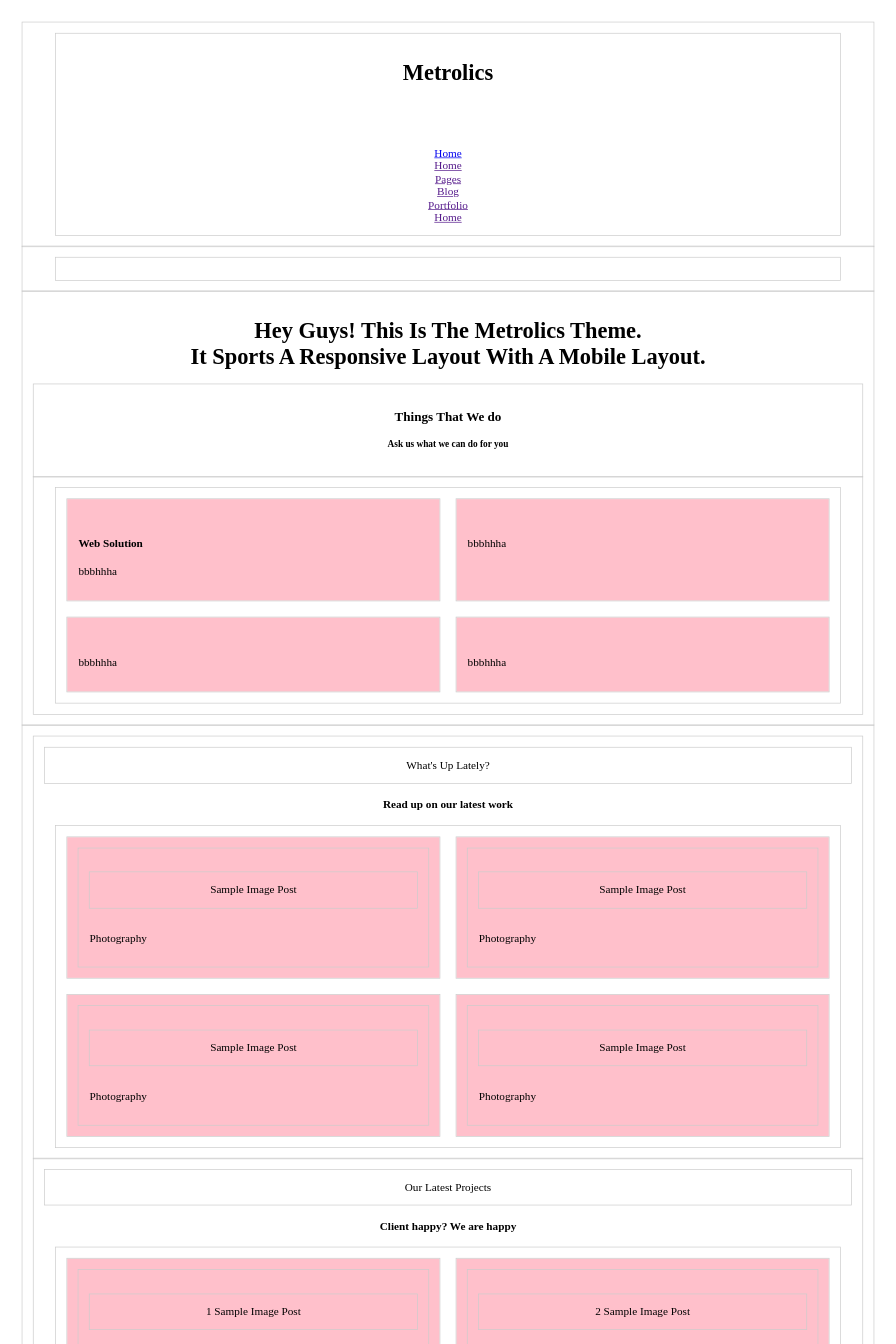
Repository: kionale/Project1_Lab3_ResponsiveLayout
Page: index.html
The author's editor kept a copy of each file at every save. The page is drawn from the files as they stood at one save, then again after the next save.
The browser window is 1280 px wide. The pictures show the part of the page from y = 0 to 1920 px (the page is 4459 px tall before and 3525 px after), at 70% of full size.
A picture or video elsewhere on the page could not be fetched, so the positions and the page height are approximate.

Above is the page before, as saved 2023-01-26 00:05:40.

### index.html
<!doctype html>
<html class="no-js" lang="">

<head>
  <meta charset="utf-8">
  <title></title>
  <meta name="description" content="">
  <meta name="viewport" content="width=device-width, initial-scale=1">

  <meta property="og:title" content="">
  <meta property="og:type" content="">
  <meta property="og:url" content="">
  <meta property="og:image" content="">

  <link rel="manifest" href="site.webmanifest">
  <link rel="apple-touch-icon" href="icon.png">
  <!-- Place favicon.ico in the root directory -->

  <link rel="stylesheet" href="css/normalize.css">
  <link rel="stylesheet" href="css/main.css">

  <meta name="theme-color" content="#fafafa">
</head>


<body class="page page-home">
  <header class="header page__header">
    <div class="row">
      <h1>Metrolics</h1>
      <a href=""><img src=""></a>
      <nav class="navbar-links">
        <ul>
          <a href="#">
            <li>Home</li>
          </a>
          <a href="">
            <li>Home</li>
          </a>
          <a href="">
            <li>Pages</li>
          </a>
          <a href="">
            <li>Blog</li>
          </a>
          <a href="">
            <li>Portfolio</li>
          </a>
          <a href="">
            <li>Home</li>
          </a>
        </ul>
      </nav>
    </div>

  </header>

  <div class="page__slider">
    <div class="row slides">
      <img src="" alt="">
    </div>
  </div>
  </div>

  <div class="page__intro">
    <h1 class="header page__heading">
      Hey guys! This is the <span>Metrolics</span> theme.<br>
      It sports a responsive layout with a mobile layout.
    </h1>
    <div class="subheading page_subheading">
      <h3>
        Things That We do
      </h3>
      <h5>Ask us what we can do for you</h5>

    </div>
    <div class="feature__service">
      <div class="row m-col-2 l-col-4">
        <div class="col">
          <img class="feature__servic__images" src="" alt="">
          <h4 class="heading feature__servic__title">Web Solution</h4>
          <p class="feature__servic__content">
            bbbhhha
          </p>
        </div>
        <div class="col">
          <img class="feature__servic__images" src="" alt="">
          <h4 class="heading feature__servic__title"></h4>
          <p class="feature__servic__content">
            bbbhhha
          </p>
        </div>
        <div class="col">
          <img class="feature__servic__images" src="" alt="">
          <h4 class="heading feature__servic__title"></h4>
          <p class="feature__servic__content">
            bbbhhha
          </p>
        </div>
        <div class="col">
          <img class="feature__servic__images" src="" alt="">
          <h4 class="heading feature__servic__title"></h4>
          <p class="feature__servic__content">
            bbbhhha
          </p>
        </div>


      </div>
    </div>
  </div>

  <!-- Main content starts here -->
  <main class="page__main">
    <section class="recent__work">
      <header class="header post__header">What's up lately?</header>
      <h4 class="subheading">Read up on our latest work</h4>
      <div class="row m-col-2 l-col-3">
        <div class="col">
          <div>
            <img src="" alt="">
            <header class="header recent__work__title">Sample image post</header><br>
            <p>Photography</p>
          </div>
        </div>
        <div class="col">
          <div>
            <img src="" alt="">
            <header class="header recent__work__title">Sample image post</header><br>
            <p>Photography</p>
          </div>
        </div>
        <div class="col">
          <div>
            <img src="" alt="">
            <header class="header recent__work__title">Sample image post</header><br>
            <p>Photography</p>
          </div>
        </div>
        <div class="col">
          <div>
            <img src="" alt="">
            <header class="header recent__work__title">Sample image post</header><br>
            <p>Photography</p>
          </div>
        </div>
      </div>
    </section>
    <!-- Our Latest Projests -->
    <section class="latest__projects">
      <header class="header latest__projects__header">Our Latest Projects</header>
      <h4 class="subheading">Client happy? We are happy</h4>
      <div class="row m-col-2 l-col-3">
        <div class="col">
          <div>
            <img src="" alt="">
            <header class="header latest__project__image">1 Sample image post</header><br>
            <p>1 Photography</p>
          </div>
        </div>
        <div class="col">
          <div>
            <img src="" alt="">
            <header class="header latest__project__image">2 Sample image post</header><br>
            <p>2 Photography</p>
          </div>
        </div>
        <div class="col">
          <div>
            <img src="" alt="">
            <header class="header latest__project__image">3 Sample image post</header><br>
            <p>3 Photography</p>
          </div>
        </div>
        <div class="col">
          <div>
            <img src="" alt="">
            <header class="header latest__project__image">4 Sample image post</header><br>
            <p>4 Photography</p>
          </div>
        </div>
        <div class="col">
          <div>
            <img src="" alt="">
            <header class="header latest__project__image">5 Sample image post</header><br>
            <p>5 Photography</p>
          </div>
        </div>
        <div class="col">
          <div>
            <img src="" alt="">
            <header class="header latest__project__image">6 Sample image post</header><br>
            <p>6 Photography</p>
          </div>
        </div>
      </div>
    </section>
    <!--Things of Above-->
    <section class="things__of__above">
      <header class="header things__header">Things of above</header>
      <h4 class="subheading">Misc stuff we could not put anywhere else</h4>
      <div class="row m-col-2 l-col-3">
        <div>
          <div class="col">
            <div class="sample__menu things_above_image">Sample Accordion Menu
              <button>+</button>
            </div>
            <div class="web__solution">
              <div>
                <img src="" alt="">
              </div>
              <div>
                <h4>Web Solution</h4>
                <p>Lorem ipsum dolor, sit amet consectetur adipisicing elit. Officiis, distinctio voluptates ipsam hic
                  id
                  culpa illo suscipit voluptatem quam temporibus quo ducimus consectetur alias a inventore corporis quae
                  animi sit?</p>
              </div>
            </div>
          </div>
          <div class="menu__button">
            <div class="col_two sample__menu things__above__image">1 Sample Accordion Menu
              <button>+</button>
            </div>
          </div>
          <div class="menu__button">
            <div class="col_two sample__menu things__above__image">2 Sample Accordion Menu
              <button>+</button>
            </div>
          </div>
        </div>
        <div class="col">
          <div class="tab__buttons">
            <button>Tab1</button>
            <button>Tab2</button>
            <button>Tab3</button>
          </div>
          <div class="tab__information">
            <div>
              <img src="" alt="">
            </div>
            <div>
              <p>Lorem ipsum dolor, sit amet consectetur adipisicing elit. Officiis, distinctio voluptates ipsam hic
                id?</p>
            </div>
          </div>
          <div class="tab__information">
            <div>
              <img src="" alt="">
            </div>
            <div>
              <p>Lorem ipsum dolor, sit amet consectetur adipisicing elit. Officiis, distinctio voluptates ipsam hic
                id?</p>
            </div>
          </div>
          <div class="tab__information">
            <div>
              <img src="" alt="">
            </div>
            <div>
              <p>Lorem ipsum dolor, sit amet consectetur adipisicing elit. Officiis, distinctio voluptates ipsam hic
                id?</p>
            </div>
          </div>
          <div class="tab__information">
            <div>
              <img src="" alt="">
            </div>
            <div>
              <p>Lorem ipsum dolor, sit amet consectetur adipisicing elit. Officiis, distinctio voluptates ipsam hic
                id?</p>
            </div>
          </div>
        </div>

      </div>
      <!--Sponsors-->
      <div class="sponsors">
        <img src="https://cdn-icons-png.flaticon.com/512/118/118063.png" alt="">
        <img src="https://cdn-icons-png.flaticon.com/512/118/118063.png" alt="">
        <img src="https://cdn-icons-png.flaticon.com/512/118/118063.png" alt="">
        <img src="https://cdn-icons-png.flaticon.com/512/118/118063.png" alt="">
        <img src="https://cdn-icons-png.flaticon.com/512/118/118063.png" alt="">
      </div>
    </section>
  </main>


  <script src="js/vendor/modernizr-3.11.2.min.js"></script>
  <script src="js/plugins.js"></script>
  <script src="js/main.js"></script>

  <!-- Google Analytics: change UA-XXXXX-Y to be your site's ID. -->
  <script>
    window.ga = function () { ga.q.push(arguments) }; ga.q = []; ga.l = +new Date;
    ga('create', 'UA-XXXXX-Y', 'auto'); ga('set', 'anonymizeIp', true); ga('set', 'transport', 'beacon'); ga('send', 'pageview')
  </script>
  <script src="https://www.google-analytics.com/analytics.js" async></script>
</body>

</html>

### css/main.css
::-moz-selection {
  background: #b3d4fc;
  text-shadow: none;
}

::selection {
  background: #b3d4fc;
  text-shadow: none;
}

/*
 * A better looking default horizontal rule
 */

hr {
  display: block;
  height: 1px;
  border: 0;
  border-top: 1px solid #ccc;
  margin: 1em 0;
  padding: 0;
}

audio,
canvas,
iframe,
img,
svg,
video {
  vertical-align: middle;
}

/*
 * Remove default fieldset styles.
 */

fieldset {
  border: 0;
  margin: 0;
  padding: 0;
}

/*
 * Allow only vertical resizing of textareas.
 */

textarea {
  resize: vertical;
}

*,
*::before,
*::after {
  box-sizing: border-box;
}

div,
main,
section,
header,
footer {
  outline: 1px solid #ccc;
  min-height: 1rem;
  padding: 1rem;
}

.page {
  margin: 0 auto;
  padding: 2rem;
}

.header {
  text-transform: capitalize;
  text-align: center;
}

.subheading {
  text-align: center;
}

ul,
li {
  padding: 0;
  margin: 0;
  list-style: none;
}

.row {
  display: grid;
  row-gap: 1rem;
}

.row_two {
  display: grid;
  row-gap: 1rem;
}

.col {
  position: relative;
  background-color: pink;
}

/* medium screens and up  */
@media screen and (min-width: 40em) {
  .row {
    max-width: 70rem;
    column-gap: 1.5rem;
    row-gap: 1.5rem;
    margin: 0 auto;
  }

  .row_two {
    max-width: 70rem;
    column-gap: 1.5rem;
    row-gap: 1.5rem;
    margin: 0 auto;
  }

  .m-col-2 {
    grid-template-columns: 1fr 1fr;
  }

}


.examples {
  display: flex;
  justify-content: space-around;
}

.sample__menu {
  display: flex;
  justify-content: space-between;
}

.web__solution {
  display: flex;
}

### js/plugins.js
// Avoid `console` errors in browsers that lack a console.
(function() {
  var method;
  var noop = function () {};
  var methods = [
    'assert', 'clear', 'count', 'debug', 'dir', 'dirxml', 'error',
    'exception', 'group', 'groupCollapsed', 'groupEnd', 'info', 'log',
    'markTimeline', 'profile', 'profileEnd', 'table', 'time', 'timeEnd',
    'timeline', 'timelineEnd', 'timeStamp', 'trace', 'warn'
  ];
  var length = methods.length;
  var console = (window.console = window.console || {});

  while (length--) {
    method = methods[length];

    // Only stub undefined methods.
    if (!console[method]) {
      console[method] = noop;
    }
  }
}());

// Place any jQuery/helper plugins in here.

Loaded but not shown: css/normalize.css (library); js/vendor/modernizr-3.11.2.min.js (library); js/main.js (no stored copy; drawn as an empty file)

After the next save:
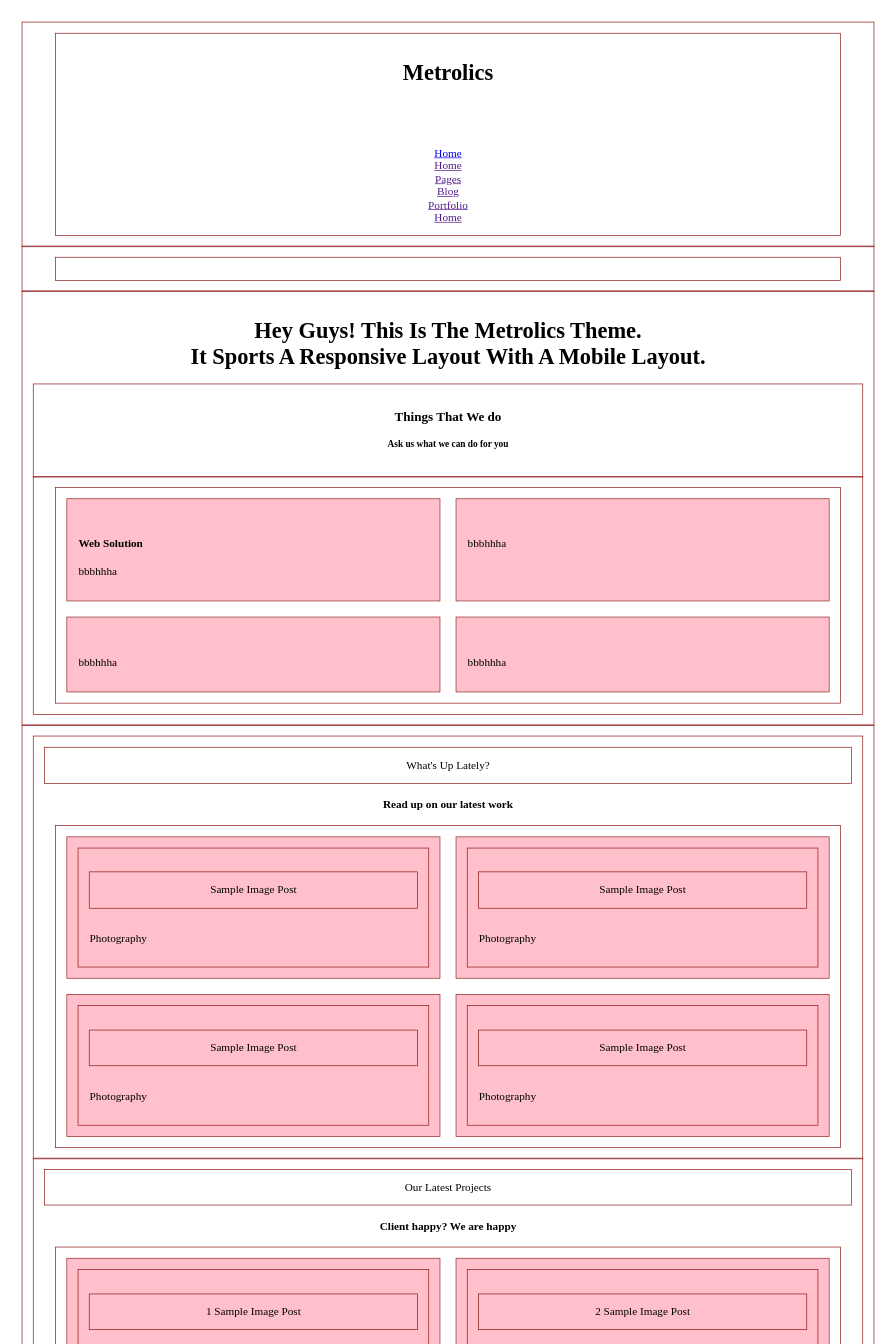
Saved 84 s later.
--- a/css/main.css
+++ b/css/main.css
@@ -59,7 +59,7 @@ main,
 section,
 header,
 footer {
-  outline: 1px solid #ccc;
+  outline: 1px solid rgb(142, 24, 24);
   min-height: 1rem;
   padding: 1rem;
 }
@@ -100,6 +100,16 @@ li {
   background-color: pink;
 }
 
+.col_two {
+  background-color: pink;
+  height: 6rem;
+}
+
+button {
+  height: 4rem;
+  width: 4rem;
+}
+
 /* medium screens and up  */
 @media screen and (min-width: 40em) {
   .row {
@@ -109,12 +119,7 @@ li {
     margin: 0 auto;
   }
 
-  .row_two {
-    max-width: 70rem;
-    column-gap: 1.5rem;
-    row-gap: 1.5rem;
-    margin: 0 auto;
-  }
+
 
   .m-col-2 {
     grid-template-columns: 1fr 1fr;
@@ -136,3 +141,17 @@ li {
 .web__solution {
   display: flex;
 }
+
+.tab__information {
+  display: flex;
+}
+
+.sponsors {
+  display: flex;
+  justify-content: space-around;
+  height: 10rem;
+}
+
+.sponsors__icon {
+  background-color: lightgray;
+}
